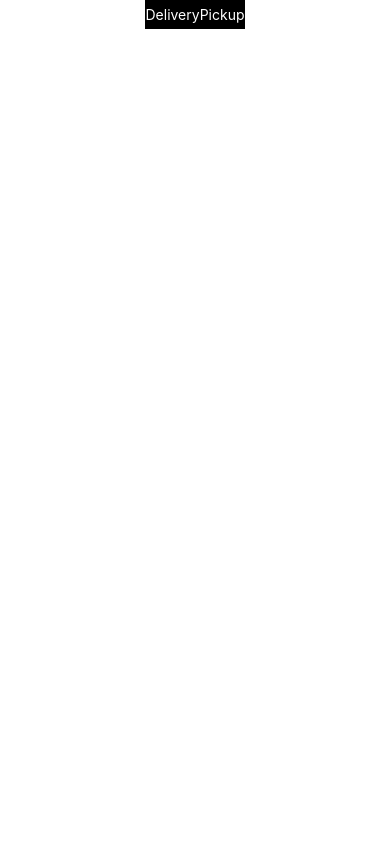
Repository: MoussaAKHYAR/uber-eats-app-react-native
Screen: /
An editor plug-in stored every save of this project. The screen is shown before and after the next save, followed by the edit.
The app was drawn by React Native's web renderer in a window 390 px wide. The project was rebuilt for these pictures with package versions that can differ from the ones it lists, and the page was loaded fresh each time.

Above is the screen before, as saved 2022-06-29 15:35:39.

### App.js
import { StatusBar } from 'expo-status-bar';
import { StyleSheet, Text, View } from 'react-native';
import Home from './screens/Home';

export default function App() {
  return (
    <Home/>
  );
}

const styles = StyleSheet.create({
  container: {
    flex: 1,
    backgroundColor: '#fff',
    alignItems: 'center',
    justifyContent: 'center',
  },
});

### screens/Home.js
import { View, Text, SafeAreaView } from 'react-native'
import React from 'react'
import HeaderTabs from '../components/HeaderTabs'

export default function Home() {
  return (
    <SafeAreaView>
      <HeaderTabs/>
    </SafeAreaView>
  )
}

### components/HeaderTabs.js
import { View, Text, TouchableOpacity } from 'react-native'
import React from 'react'

export default function HeaderTabs() {
    return (
        <View style={{flexDirection:"row", alignSelf:"center"}}>
            <HeaderButton text="Delivery"/>
            <HeaderButton text="Pickup" />
        </View>
    )
}

const HeaderButton = (props) => (
    <TouchableOpacity style={{
        backgroundColor:"black",
        paddingVertical:6

    }}>
        <Text style={{color:"white"}}>{props.text}</Text>
    </TouchableOpacity>
);

After the next save:
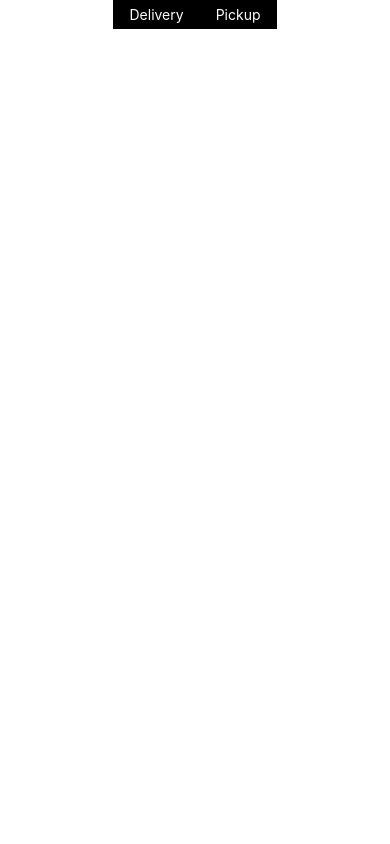
Saved 17 s later.
--- a/components/HeaderTabs.js
+++ b/components/HeaderTabs.js
@@ -13,7 +13,8 @@ export default function HeaderTabs() {
 const HeaderButton = (props) => (
     <TouchableOpacity style={{
         backgroundColor:"black",
-        paddingVertical:6
+        paddingVertical:6,
+        paddingHorizontal:16,
 
     }}>
         <Text style={{color:"white"}}>{props.text}</Text>
